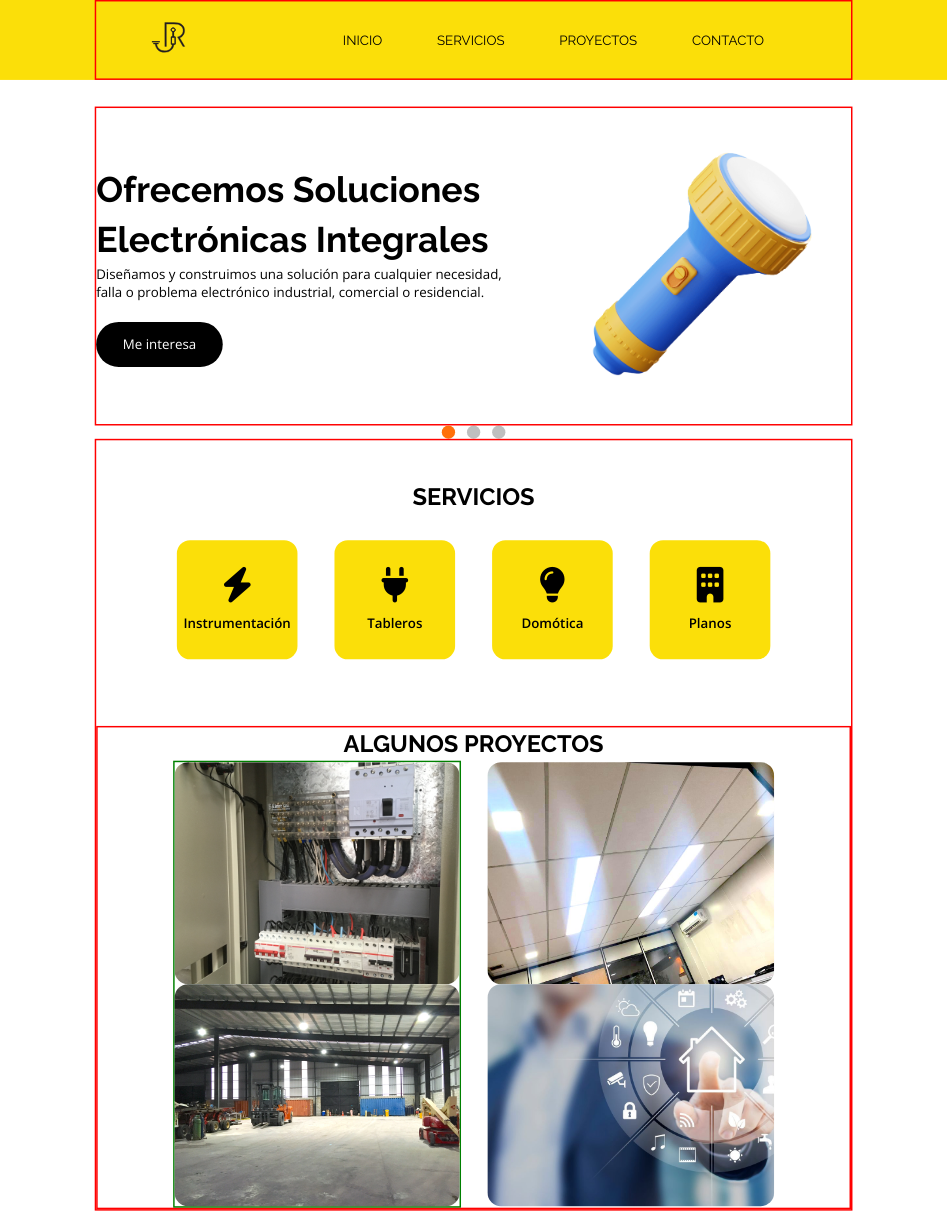
Repository: jeraldinnemg/rjelectronics
Page: index.html
The author's editor kept a copy of each file at every save. The page is drawn from the files as they stood at one save, then again after the next save.
The browser window is 1280 px wide. The pictures show the whole page, at 74% of full size.
Some web libraries are served in a nearby version.

Above is the page before, as saved 2022-08-04 00:11:29.

After the next save:
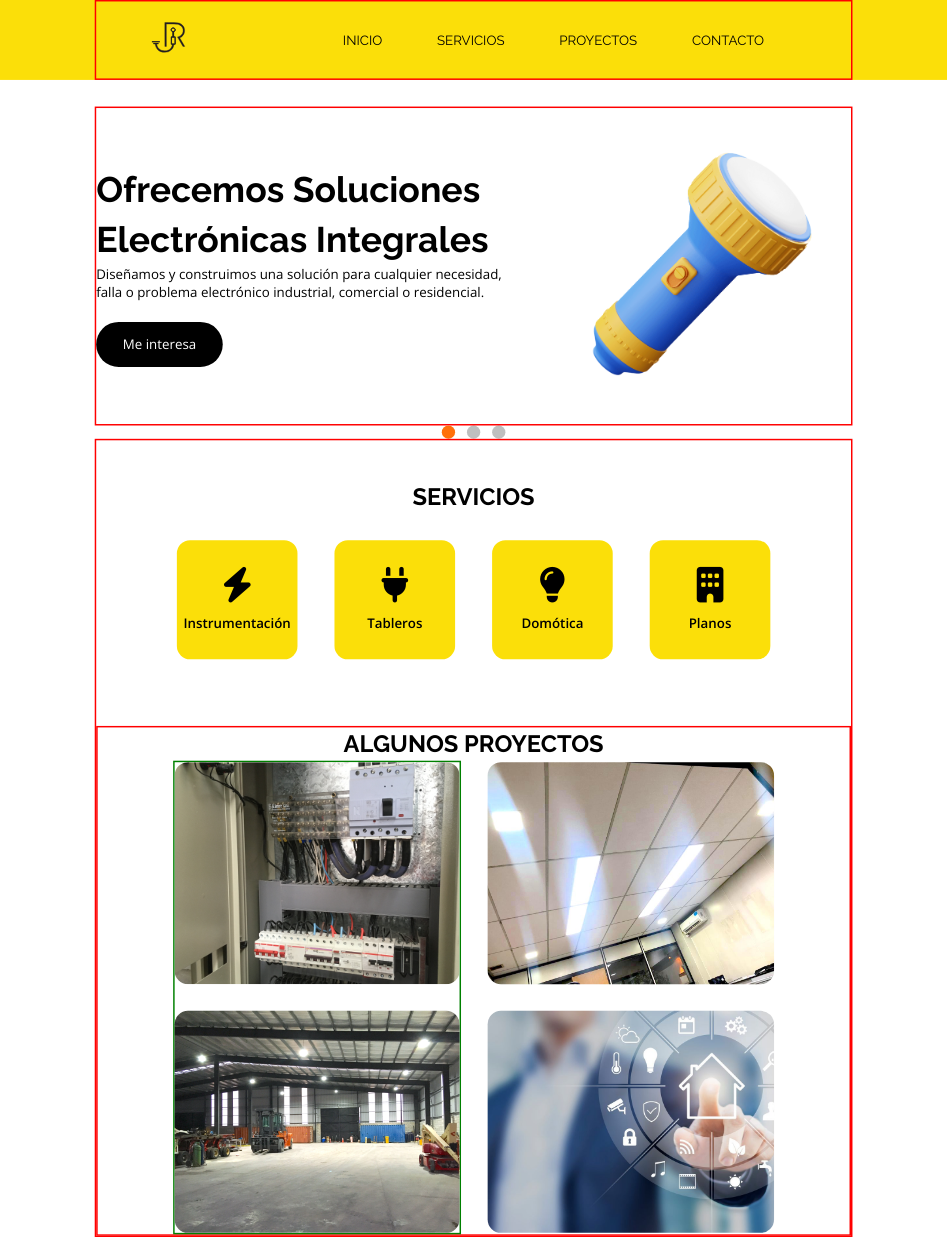
Saved 98 s later.
--- a/index.css
+++ b/index.css
@@ -420,7 +420,7 @@ i:hover{
     border-radius: 1em;
 }
 
-.article:last-child {
+.projects-container article:last-child {
    margin-top: 2em;
 }
 
